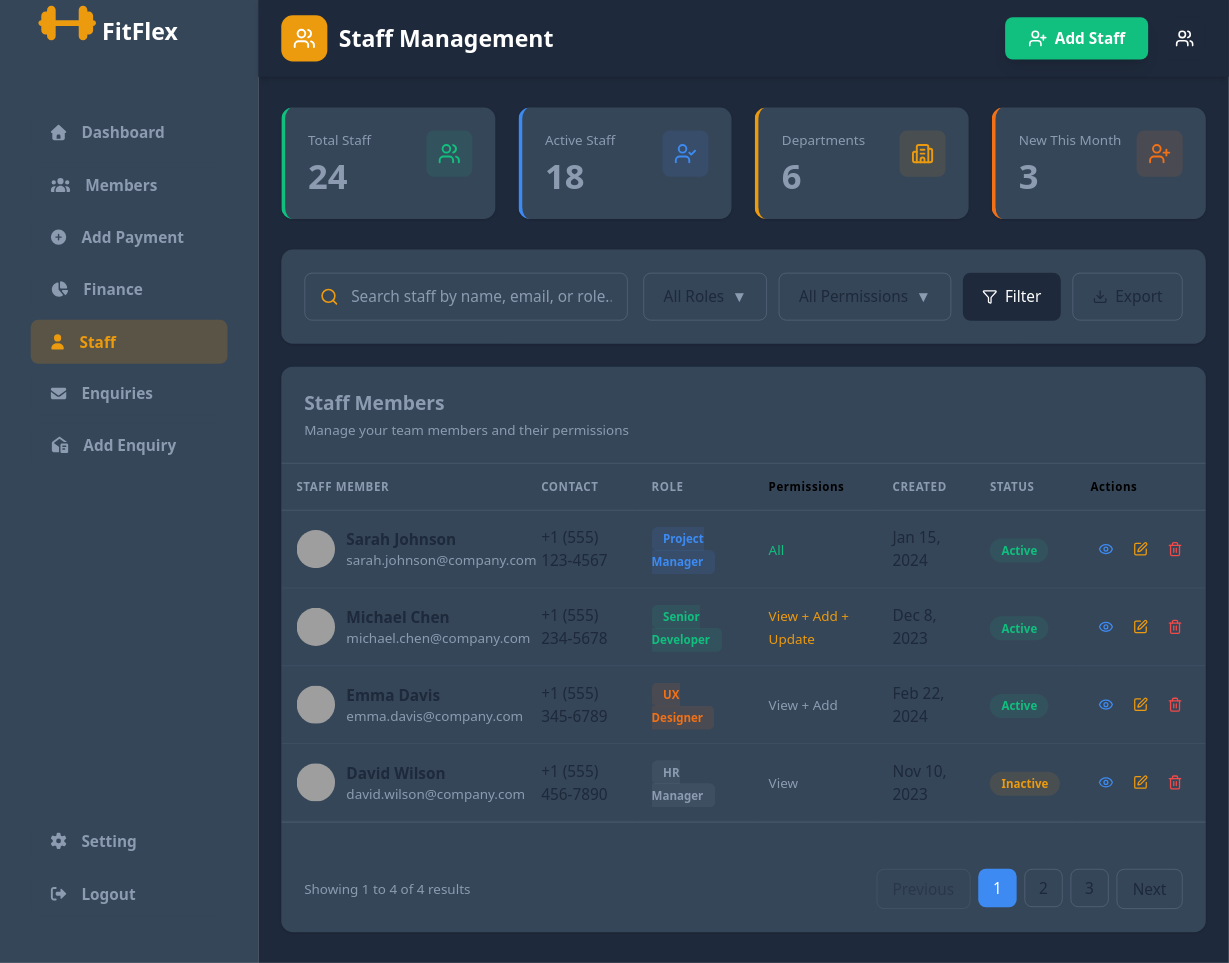
Repository: MuhammadTalhaTaj/gym_management_app_backend
Page: /staff (app in frontend/)
These files come from the project's save history. The page is drawn as it stood at one moment and after the next save; the edit follows.
The browser window is 1280 px wide. The pictures show the whole page, at 96% of full size.
Pictures or frames that could not be fetched are drawn as grey boxes. The project was rebuilt for these pictures with package versions that can differ from the ones it lists, and the page was loaded fresh each time. Also part of the build but not shown: frontend/vite.config.ts, frontend/src/assets/styles/AdminHeader.css, frontend/src/Components/AdminHeader.tsx, frontend/src/assets/styles/AdminDashboard.css, frontend/src/hooks/useDashboardData.ts, frontend/src/assets/styles/AdminDashboardStats.css, frontend/src/Components/AdminDashboardStats.tsx, frontend/src/Components/IncomeExpenseChart.tsx and 30 more.

Above is the page before, as saved 2025-11-21 10:03:42.

After the next save:
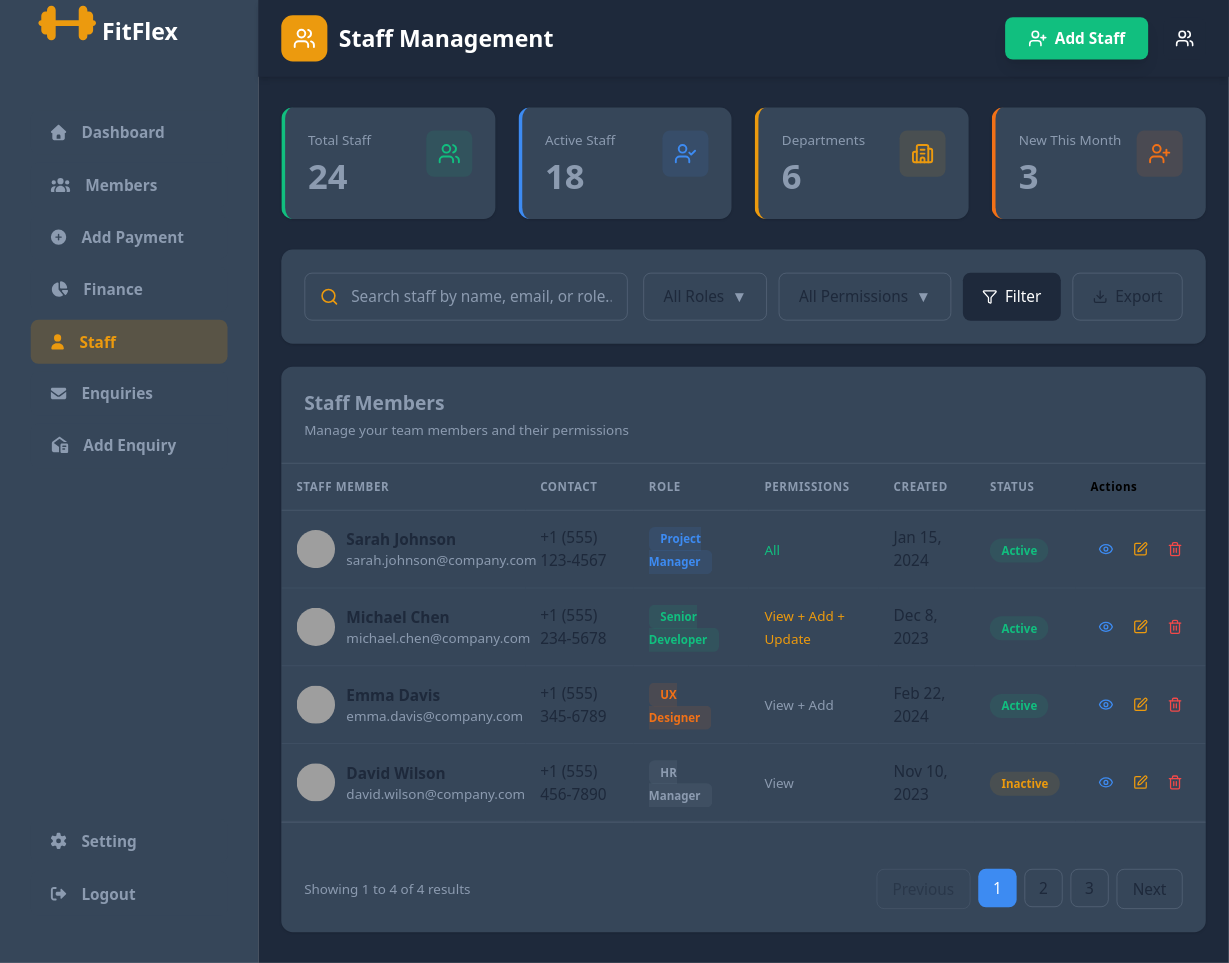
Saved 6 s later.
--- a/frontend/src/pages/Admin/Staff.tsx
+++ b/frontend/src/pages/Admin/Staff.tsx
@@ -164,7 +164,7 @@ const StaffTable = ({ data, onView, onEdit, onDelete }) => (
           <th className="text-left py-4 px-4 text-xs font-semibold text-[var(--primary-300)] uppercase tracking-wider">Staff Member</th>
           <th className="text-left py-4 px-4 text-xs font-semibold text-[var(--primary-300)] uppercase tracking-wider">Contact</th>
           <th className="text-left py-4 px-4 text-xs font-semibold text-[var(--primary-300)] uppercase tracking-wider">Role</th>
-          <th className="text-left py-4 px-4 text-xs font-semibold text-[var(--primary-300)]uppercase tracking-wider">Permissions</th>
+          <th className="text-left py-4 px-4 text-xs font-semibold text-[var(--primary-300)] uppercase tracking-wider">Permissions</th>
           <th className="text-left py-4 px-4 text-xs font-semibold text-[var(--primary-300)] uppercase tracking-wider">Created</th>
           <th className="text-left py-4 px-4 text-xs font-semibold text-[var(--primary-300)] uppercase tracking-wider">Status</th>
           <th className="text-left py-4 px-4 text-xs font-semibold text-[var(--primary-300)]uppercase tracking-wider">Actions</th>
